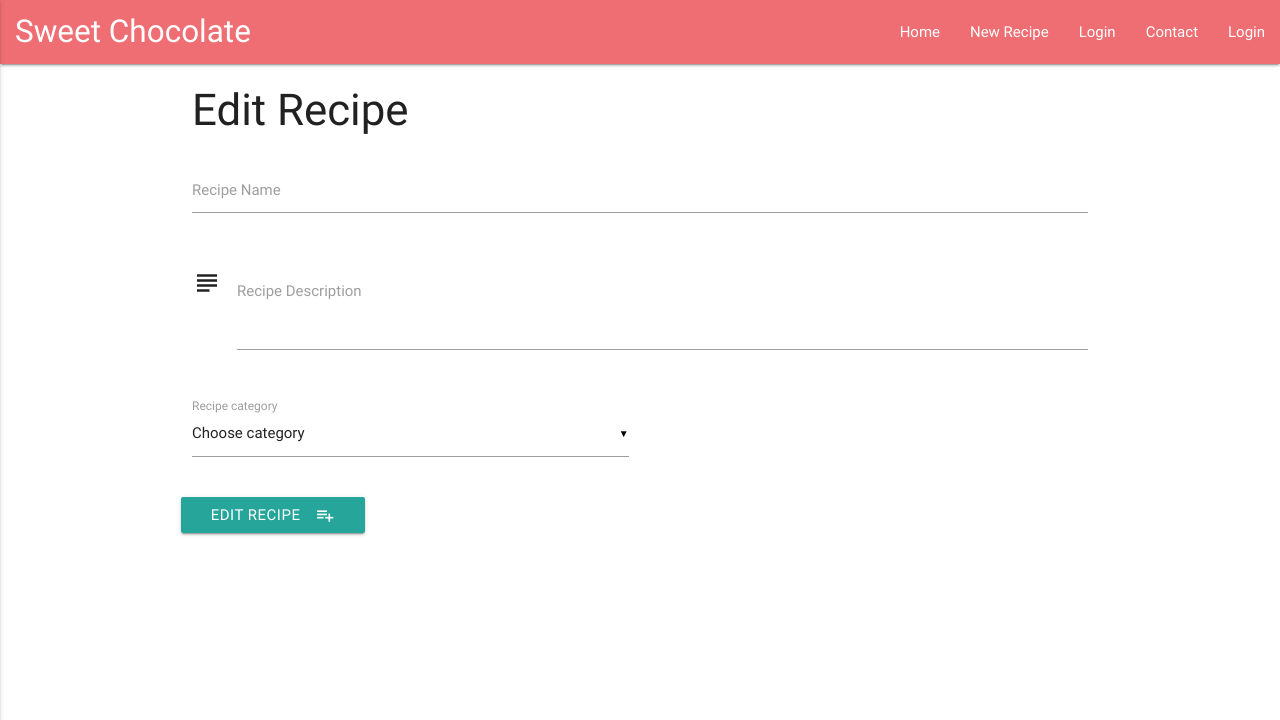
Repository: Dreeaml/Sweet-Chocolate
Page: templates/editrecipe.html
The author's editor kept a record of every edit. The page is drawn from the files as they stood at one moment, then again after the next edit.
The browser window is 1280 px wide. The pictures show the whole page.
Some web libraries are served in a nearby version. The template is drawn by Flask 3. The application's start-up code is not run. Other server files are loaded and not shown. The template is opened directly, without the code that normally fills it, so the values that code supplies are empty.

Above is the page before.

### templates/editrecipe.html
{% extends 'base.html' %} {% block content %}
<h3>Edit Recipe</h3>
<div class="row">
    <form action="{{ url_for('update_recipe', recipe_id=recipe._id) }}" method="POST" class="col s12">

        <!--recipe name option-->
        <div class="row">
            <div class="input-field col s12">
                <input id="title" name="title" type="text" value="{{recipe.title}}">
                <label for="icon_prefix">Recipe Name</label>
            </div>
        </div>

        <!--recipe description option-->
        <div class="row">
            <div class="input-field col s12">
                <i class="material-icons prefix">subject</i>
                <textarea name="description" id="description" class="materialize-textarea">{{recipe.description}}</textarea>
                <label for="icon_telephone">Recipe Description</label>
            </div>
        </div>

        <!--recipe category option-->
        <div class="row">
            <div class="input-field col s6">

                <!--category-->
                <select id="category" name="category_name">

                  <option value="" disabled selected>Choose category</option>

                  {% for cat in categories %}
                      {% if cat.category_name == recipe.category_name %}
                      <option value="{{cat.category_name}}" selected>{{cat.category_name}}</option>
                          {% else %}
                          <option value="{{cat.category_name}}">{{cat.category_name}}</option>
                      {% endif%}
                  {% endfor %}
                </select>

                <label>Recipe category</label>
            </div>
        </div>

        <!--Edit recipe button-->
        <div class="row">
            <button class="btn waves-effect waves-light" type="submit" name="action">Edit recipe
                <i class="material-icons right">playlist_add</i>
            </button>
        </div>
    </form>
</div>

<script src="https://cdnjs.cloudflare.com/ajax/libs/jquery/3.2.1/jquery.min.js"></script>
{% endblock %}

### templates/base.html
<!DOCTYPE html>
<html>

<head>
    <link href="https://fonts.googleapis.com/icon?family=Material+Icons" rel="stylesheet">
    <link rel="stylesheet" href="https://cdnjs.cloudflare.com/ajax/libs/materialize/0.100.2/css/materialize.min.css">
    <link rel="stylesheet" href="{{url_for('static', filename='css/style.css')}}" type="text/css" />
</head>

<body>
    <header>
        <nav>
            <div class="nav-wrapper">
              <a href="#" class="brand-logo">Sweet Chocolate</a>
              <a href="#" data-activates="mobile-demo" class="button-collapse"><i class="material-icons">menu</i></a>
              <ul id="nav-mobile" class="right hide-on-med-and-down">
                    <li><a href="{{url_for('get_recipes')}}">Home</a></li>
                    <li><a href="{{url_for('add_recipe')}}">New Recipe</a></li>
                    <li><a href="{{url_for('#')}}">Login</a></li>
                    <li><a href="{{url_for('contact.html')}}">Contact</a></li>
                    <li><a href="{{url_for('#')}}">Login</a></li>
                </ul>
                <ul class="side-nav" id="mobile-demo">
                    <li><a href="{{url_for('get_recipes')}}">Home</a></li>
                    <li><a href="{{url_for('add_recipe')}}">New Recipe</a></li>
                    <li><a href="{{url_for('#')}}">Login</a></li>
                    <li><a href="{{url_for('contact.html')}}">Contact</a></li>
                    <li><a href="{{url_for('#')}}">Login</a></li>
                </ul>
            </div>
        </nav>
    </header>
    <div class="container">
        {% block content %} {% endblock %}
    </div>
    <script src="https://cdnjs.cloudflare.com/ajax/libs/jquery/3.2.1/jquery.min.js"></script>
    <script src="https://cdnjs.cloudflare.com/ajax/libs/materialize/0.100.2/js/materialize.min.js"></script>
    <script type="text/javascript">
        $(document).ready(function() {
            $('.collapsible').collapsible();
            $('select').material_select();
            $(".button-collapse").sideNav();
        });
    </script>
</body>

</html>

### static/css/style.css
body {
  background-repeat: no-repeat;
}

h5{
    font-size: 20px;
    font-weight: 1000;
}
nav .nav-wrapper {
    position: relative;
    height: 100%;
    padding-left: 15px;
}
.card {
    background-color: #f3c4c6e0;
  box-shadow: 0 4px 8px 0 rgba(0,0,0,0.2);
  position: relative;
    border-radius: 2px;
}

.card:hover {
  box-shadow: 0 8px 16px 0 rgba(0,0,0,0.2);
}
.page-footer{
    padding: 2%;
}
.fa {
  padding: 20px;
  font-size: 30px;
  width: 30px;
  text-align: center;
  text-decoration: none;
  margin: 5px 2px;
  border-radius: 50%;
}

.fa:hover {
    opacity: 0.7;
}

After the next edit:
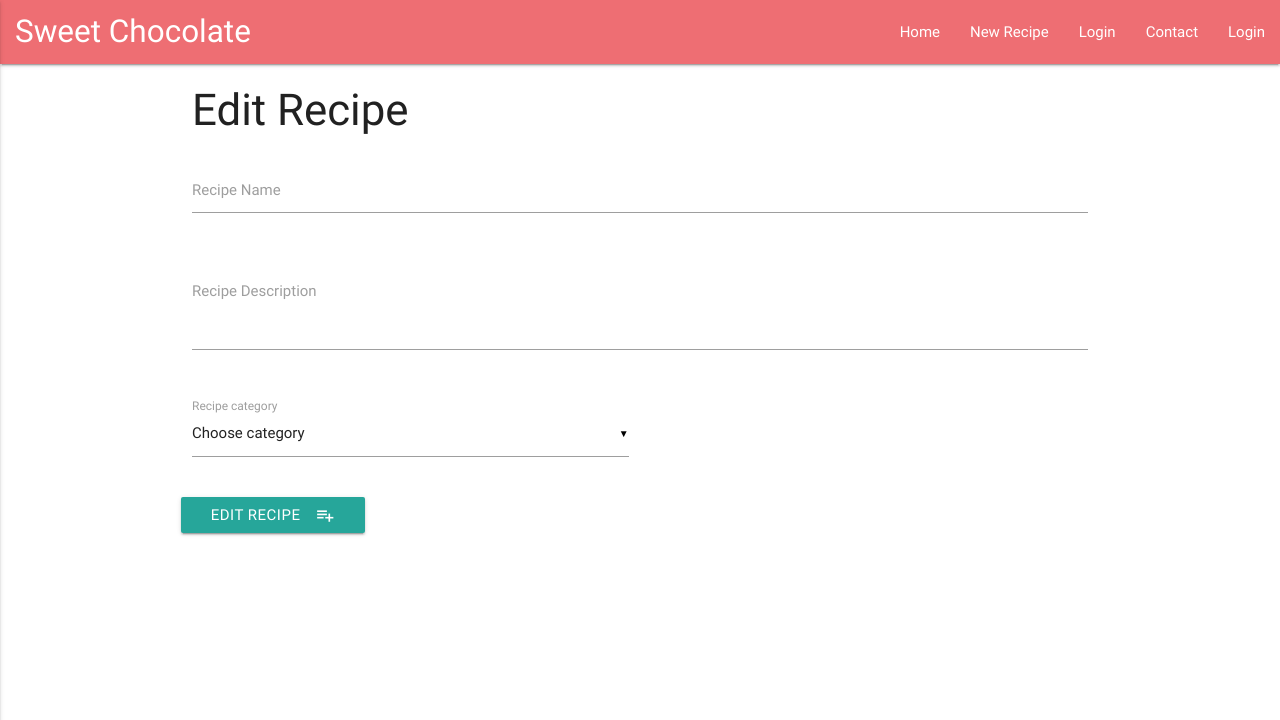
The edit:
--- a/templates/editrecipe.html
+++ b/templates/editrecipe.html
@@ -14,7 +14,6 @@
         <!--recipe description option-->
         <div class="row">
             <div class="input-field col s12">
-                <i class="material-icons prefix">subject</i>
                 <textarea name="description" id="description" class="materialize-textarea">{{recipe.description}}</textarea>
                 <label for="icon_telephone">Recipe Description</label>
             </div>
